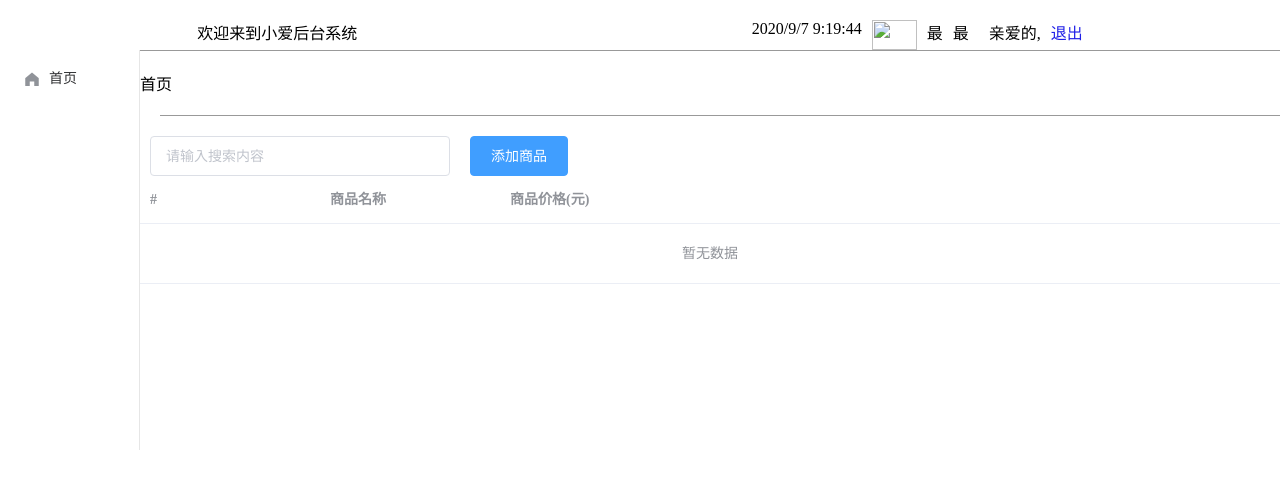
Repository: wujingwenwu/system
Page: /goods/goods
An editor plug-in stored every save of this project. The page is shown before and after the next save, followed by the edit.
The browser window is 1280 px wide. The pictures show the whole page.
The page's requests for data from a server got no answer. The project was rebuilt for these pictures with package versions that can differ from the ones it lists, and the page was loaded fresh each time. No one was signed in, and anything a server would have sent is missing. Also part of the build but not shown: vue.config.js, src/views/Home.vue.

Above is the page before, as saved 2020-09-07 10:46:56.

After the next save:
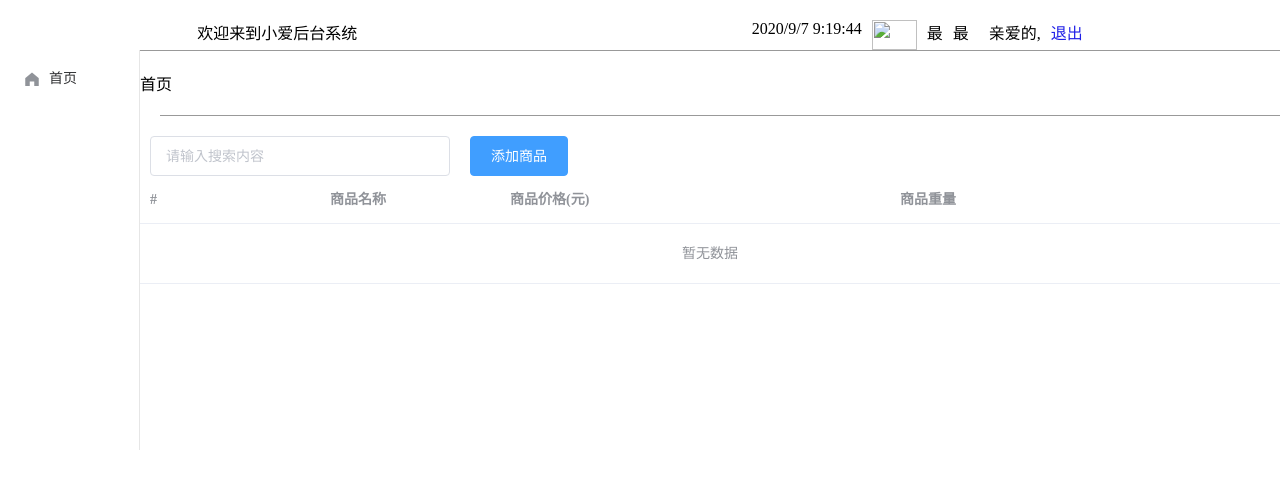
Saved 24 s later.
--- a/src/views/goods/Goods.vue
+++ b/src/views/goods/Goods.vue
@@ -28,6 +28,10 @@
       <el-table-column
         prop="address"
         label="商品价格(元)">
+      </el-table-column>
+       <el-table-column
+        prop="address"
+        label="商品重量">
       </el-table-column>
     </el-table>
  </div>
